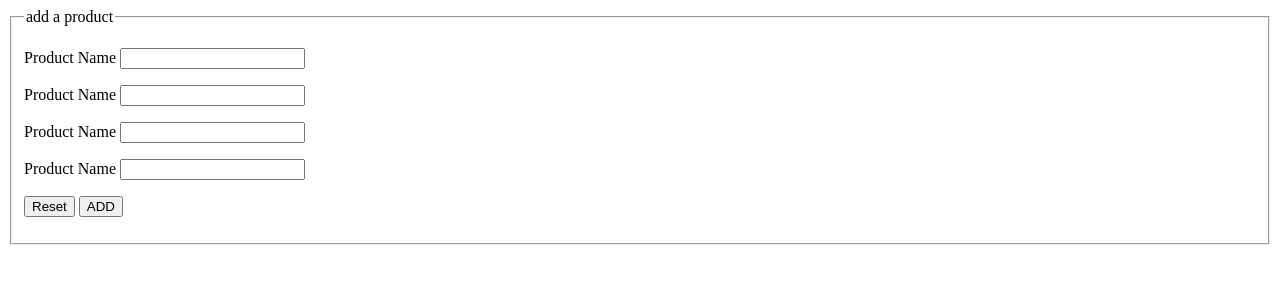
Repository: liuhuai0217/learnSpringMvc
Page: http://localhost/springMultipartFile/project_input
The author's editor kept a copy of each file at every save. The page is drawn from the files as they stood at one save, then again after the next save.
The browser window is 1280 px wide. The pictures show the whole page.
The page is served by Tomcat 9.

Above is the page before, as saved 2018-06-02 08:06:33.

After the next save:
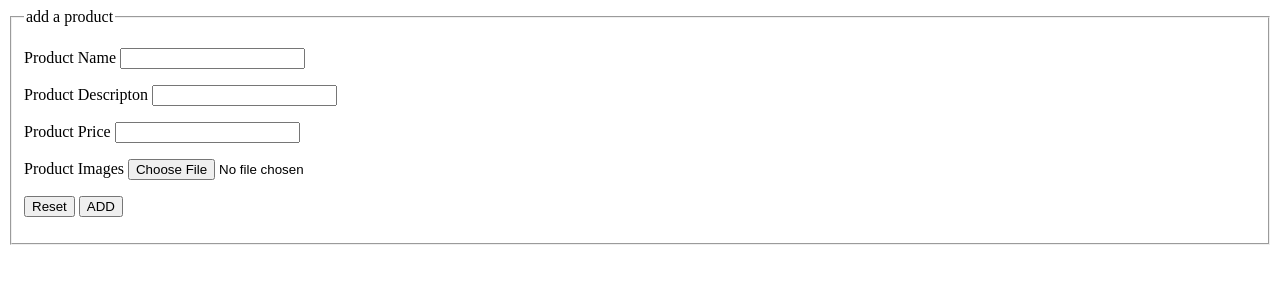
Saved 110 s later.
--- a/springMultipartFile/src/main/webapp/WEB-INF/jsp/ProductForm.jsp
+++ b/springMultipartFile/src/main/webapp/WEB-INF/jsp/ProductForm.jsp
@@ -16,16 +16,16 @@
 			<form:errors path="name" cssClass="error"/>
 		</p>
 		<p>
-			<label for="description">Product Name</label>
+			<label for="description">Product Descripton</label>
 			<form:input path="description" id="description" />
 		</p>
 		<p>
-			<label for="price">Product Name</label>
+			<label for="price">Product Price</label>
 			<form:input path="price" id="price"/>
 		</p>
 		<p>
-			<label for="images">Product Name</label>
-			<input type="text" name="imsages[0]">
+			<label for="images">Product Images</label>
+			<input type="file"" name="imsages[0]">
 		</p>
 		<p id="button">
 			<input id="reset" type="reset" tabindex="4">
